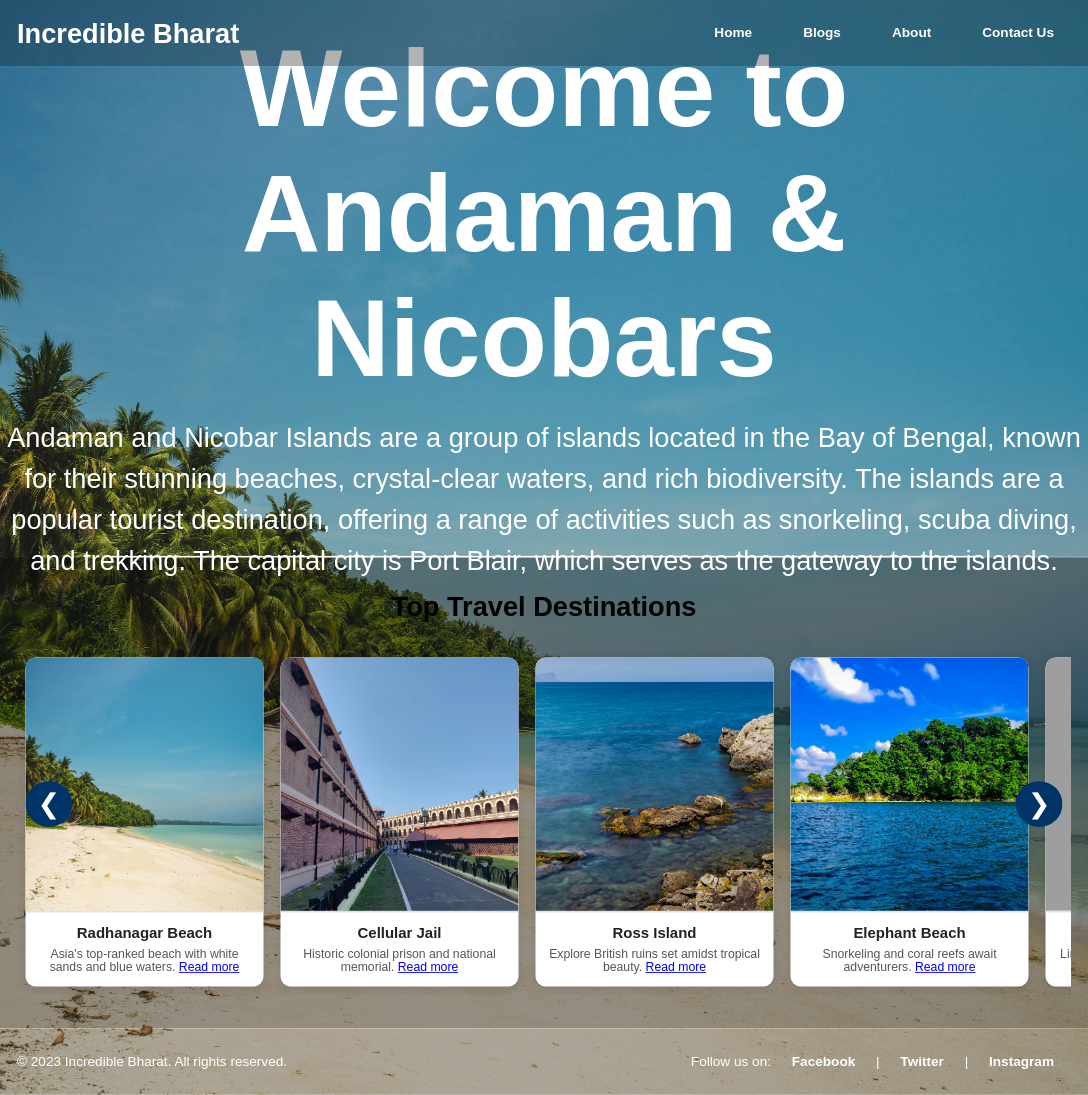
Repository: jaidhiman111/incrediblebharat
Page: destinations/Andaman-Nicobar/Andaman&Nicobar.html
An editor plug-in stored every save of this project. The page is shown before and after the next save, followed by the edit.
The browser window is 1280 px wide. The pictures show the whole page, at 85% of full size.
Pictures or frames that could not be fetched are drawn as grey boxes.

Above is the page before, as saved 2025-05-02 23:13:34.

After the next save:
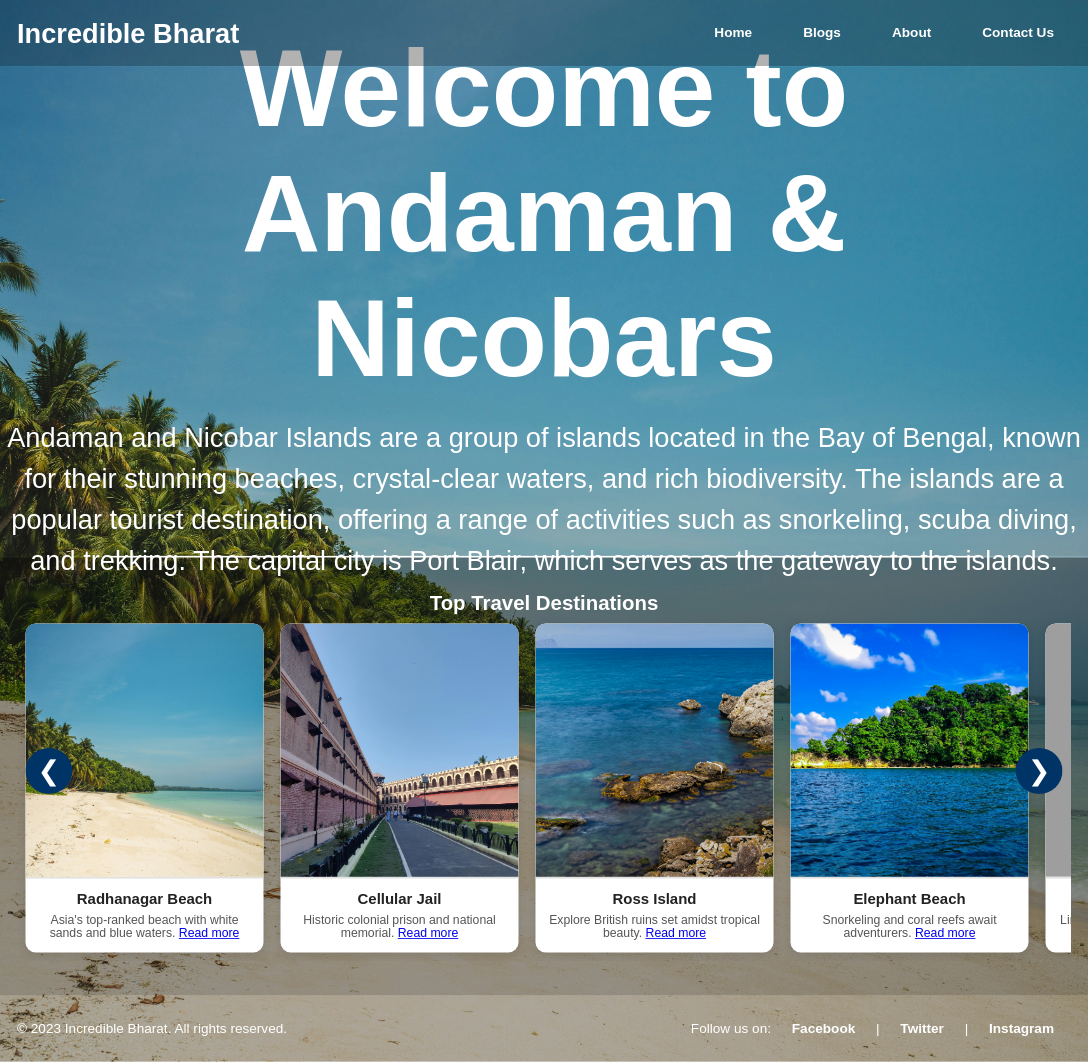
Saved 15 s later.
--- a/assets/style.css
+++ b/assets/style.css
@@ -210,7 +210,7 @@
     text-align: center;
   }
 
-  #travel-slider h2 {
+  .travel-destinations h2 {
     font-size: 2rem;
     margin-bottom: 30px;
     color: #000;

After the 2 saves that followed:
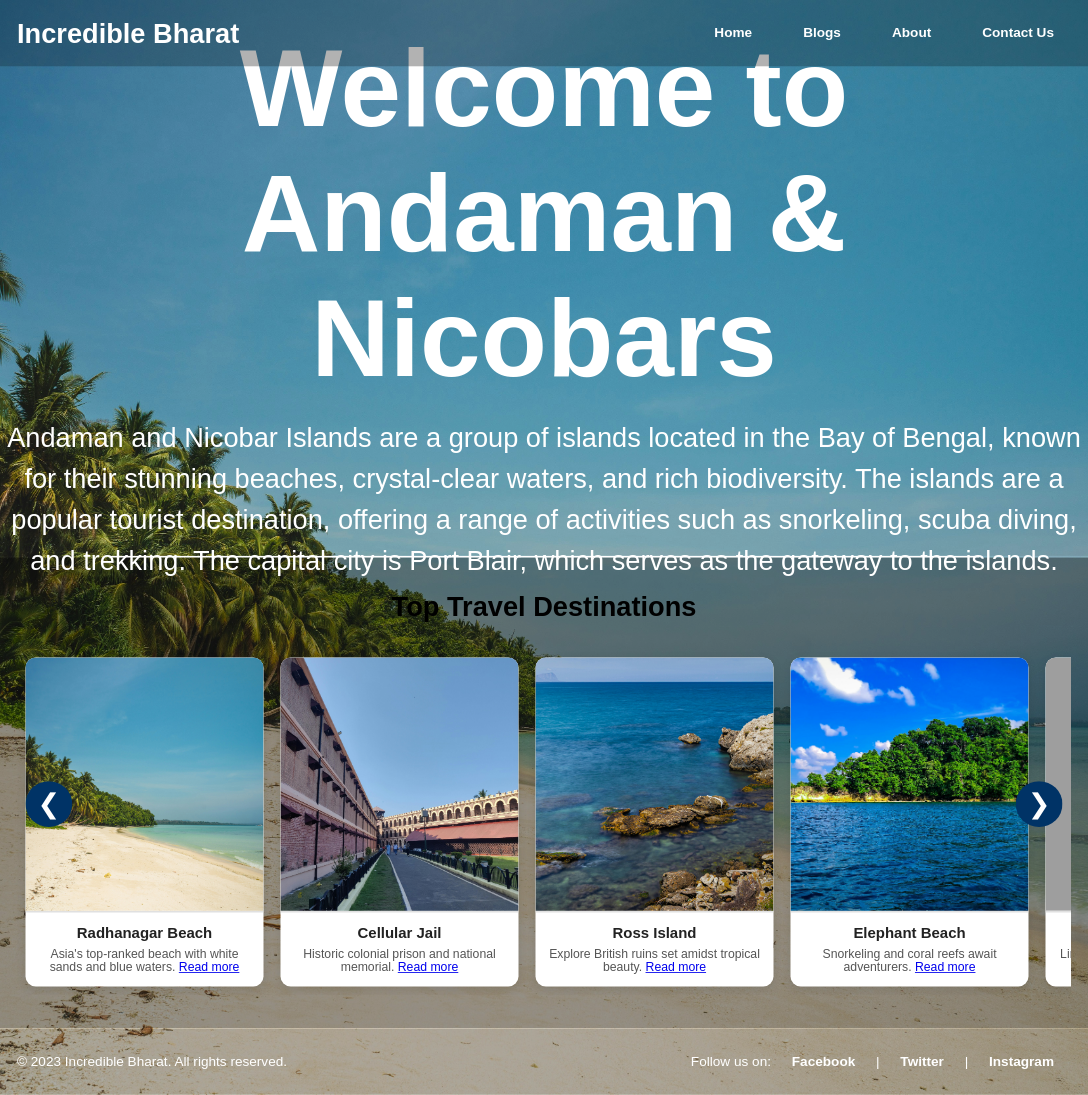
The 2 saves are shown as one change because 1 left the picture as it was.
The last was saved 23 s later.
--- a/assets/style.css
+++ b/assets/style.css
@@ -210,7 +210,7 @@
     text-align: center;
   }
 
-  .travel-destinations h2 {
+  #travel-slider h2 {
     font-size: 2rem;
     margin-bottom: 30px;
     color: #000;
